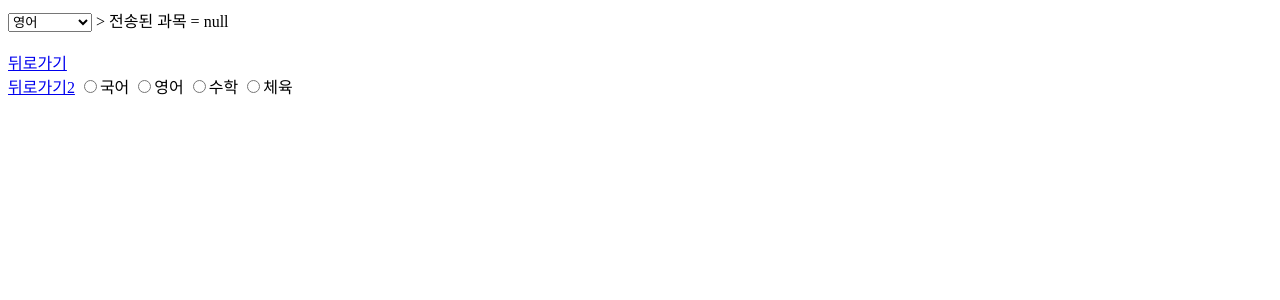
Repository: junyong231/SSIT_html
Page: http://localhost/webPro/jquery/days04/ex06_ok.jsp
An editor plug-in stored every save of this project. The page is shown before and after the next save, followed by the edit.
The browser window is 1280 px wide. The pictures show the whole page.
The page is served by Tomcat 9.

Above is the page before, as saved 2024-09-30 07:46:07.

After the next save:
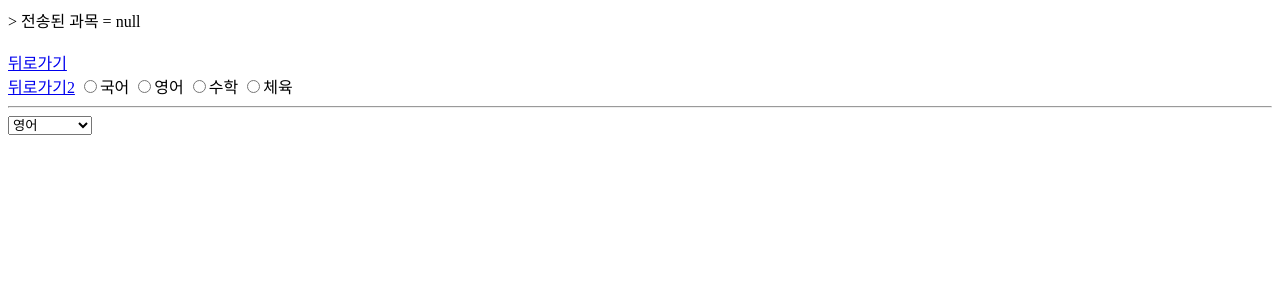
Saved 60 s later.
--- a/webPro/src/main/webapp/jquery/days04/ex06_ok.jsp
+++ b/webPro/src/main/webapp/jquery/days04/ex06_ok.jsp
@@ -8,13 +8,7 @@ pageEncoding="UTF-8"%>
     <meta charset="UTF-8" />
     <title>Insert title here</title>
   </head>
-  <select name="subject" id="subject">
-    <option value="">선택하세요</option>
-    <option value="kor">국어</option>
-    <option value="eng" selected="selected">영어</option>
-    <option value="mat">수학</option>
-    <option value="pe">체육</option>
-  </select>
+
   <body>
 
    <%
@@ -37,6 +31,14 @@ pageEncoding="UTF-8"%>
    <input type="radio" name="subject" value="mat">수학<label for=""></label></input>
    <input type="radio" name="subject" value="pe">체육<label for=""></label></input>
 
+	<hr>
+	  <select name="subject" id="subject">
+    <option value="">선택하세요</option>
+    <option value="kor">국어</option>
+    <option value="eng" selected="selected">영어</option>
+    <option value="mat">수학</option>
+    <option value="pe">체육</option>
+  </select>
    <script>
 
     let s = "<%= subject %>";
